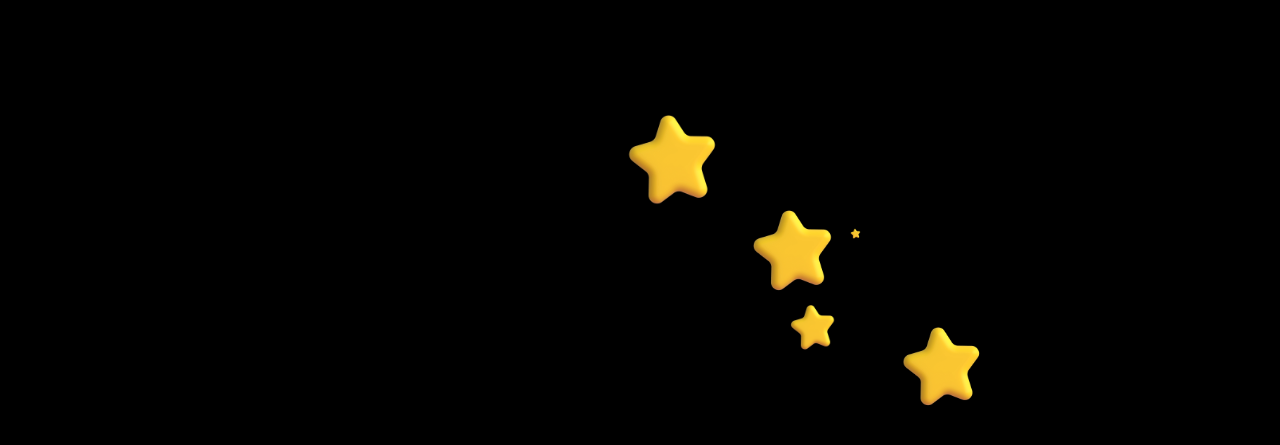
Repository: heartbreathing/Star-game
Page: index.html
These files come from the project's save history. The page is drawn as it stood at one moment and after the next save; the edit follows.
The browser window is 1280 px wide. The pictures show the whole page.

Above is the page before, as saved 2022-10-29 12:35:22.

After the next save:
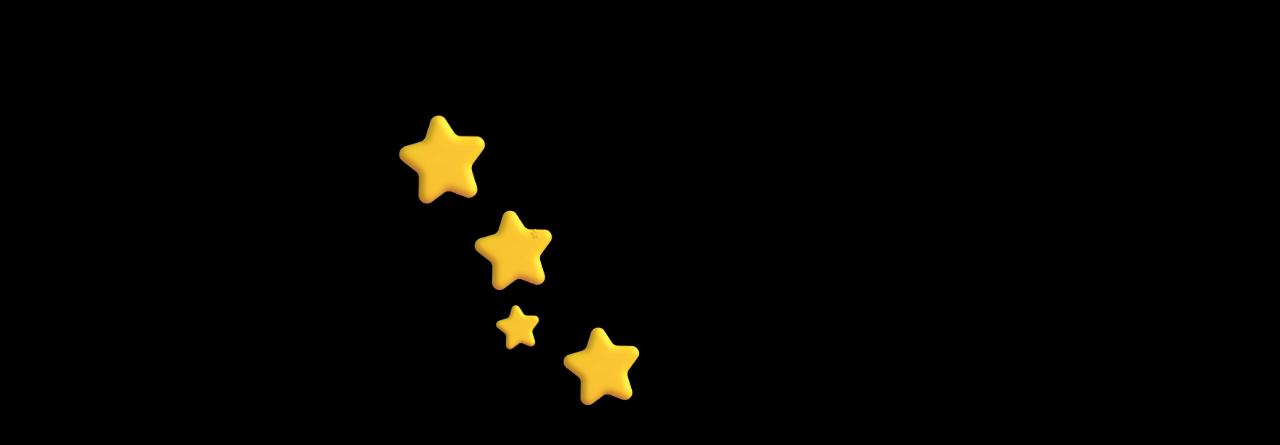
Saved 15 s later.
--- a/index.html
+++ b/index.html
@@ -18,7 +18,7 @@
           var obj = document.createElement('img');
           var wid = Math.floor(Math.random() * 100 + 10);
           obj.width = wid;
-          var x = Math.floor(Math.random() * 1000 + 50);
+          var x = Math.floor(Math.random() * 600 + 50);
           var y = Math.floor(Math.random() * 300 + 50);
           obj.style.position = 'absolute';
           obj.style.top = y + 'px';
